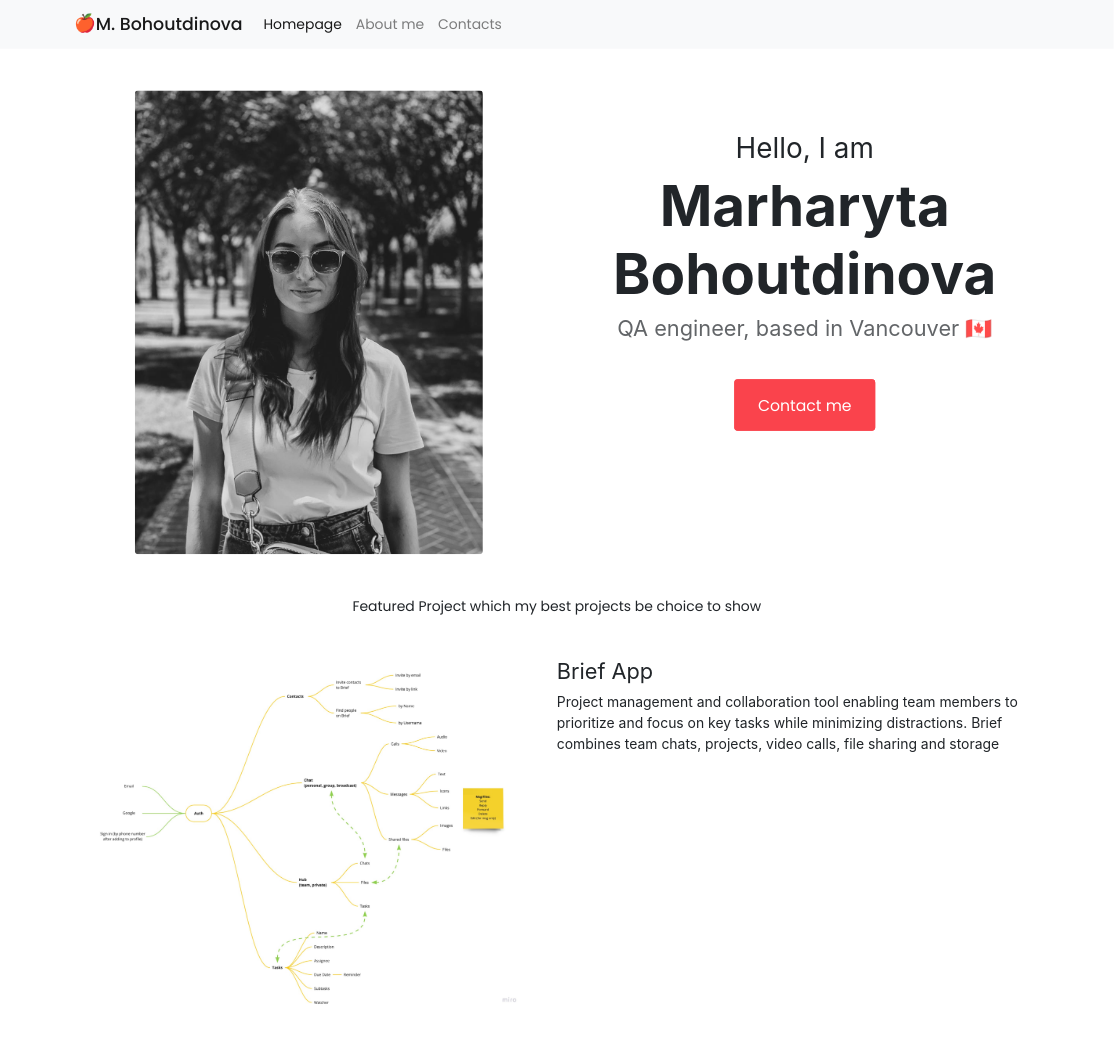
Repository: Bohoutdinova/Portfolio_week-4
Page: index.html
These files come from the project's save history. The page is drawn as it stood at one moment and after the next save; the edit follows.
The browser window is 1280 px wide. The pictures show the whole page, at 87% of full size.

Above is the page before, as saved 2022-08-11 18:43:53.

### index.html
<!DOCTYPE html>
<html lang="en">
  <head>
    <meta charset="UTF-8" />
    <meta http-equiv="X-UA-Compatible" content="IE=edge" />
    <meta name="viewport" content="width=device-width, initial-scale=1.0" />
    <title>M. Bohoutdinova - QA engineer</title>
    <meta
      name="description"
      content="M. Bohoutdinova - QA engineer, situated in Vancouver"
    />
    <link
      rel="stylesheet"
      href="https://cdn.jsdelivr.net/npm/bootstrap@4.3.1/dist/css/bootstrap.min.css"
      integrity="sha384-ggOyR0iXCbMQv3Xipma34MD+dH/1fQ784/j6cY/iJTQUOhcWr7x9JvoRxT2MZw1T"
      crossorigin="anonymous"
    />
    <script
      src="https://code.jquery.com/jquery-3.3.1.slim.min.js"
      integrity="sha384-q8i/X+965DzO0rT7abK41JStQIAqVgRVzpbzo5smXKp4YfRvH+8abtTE1Pi6jizo"
      crossorigin="anonymous"
    ></script>
    <script
      src="https://cdn.jsdelivr.net/npm/popper.js@1.14.7/dist/umd/popper.min.js"
      integrity="sha384-UO2eT0CpHqdSJQ6hJty5KVphtPhzWj9WO1clHTMGa3JDZwrnQq4sF86dIHNDz0W1"
      crossorigin="anonymous"
    ></script>
    <script
      src="https://cdn.jsdelivr.net/npm/bootstrap@4.3.1/dist/js/bootstrap.min.js"
      integrity="sha384-JjSmVgyd0p3pXB1rRibZUAYoIIy6OrQ6VrjIEaFf/nJGzIxFDsf4x0xIM+B07jRM"
      crossorigin="anonymous"
    ></script>
    <link rel="stylesheet" href="/src/style.css" />
    <link rel="preconnect" href="https://fonts.googleapis.com" />
    <link rel="preconnect" href="https://fonts.gstatic.com" crossorigin />
    <link rel="preconnect" href="https://fonts.googleapis.com" />
    <link rel="preconnect" href="https://fonts.gstatic.com" crossorigin />
    <link
      href="https://fonts.googleapis.com/css2?family=Abril+Fatface&family=Poppins:wght@100;400;500;700&display=swap"
      rel="stylesheet"
    />
  </head>
  <body>
    <nav class="navbar navbar-expand-lg navbar-light bg-light">
      <div class="container">
        <a class="navbar-brand" href="/index.html" title="Homepage"
          >M. Bohoutdinova</a
        >
        <button
          class="navbar-toggler"
          type="button"
          data-toggle="collapse"
          data-target="#navbarNav"
          aria-controls="navbarNav"
          aria-expanded="false"
          aria-label="Toggle navigation"
        >
          <span class="navbar-toggler-icon"></span>
        </button>
        <div class="collapse navbar-collapse" id="navbarNav">
          <ul class="navbar-nav">
            <li class="nav-item active">
              <a class="nav-link" href="/index.html" title="Homepage"
                >Homepage <span class="sr-only">(current)</span></a
              >
            </li>
            <li class="nav-item">
              <a class="nav-link" href="#" title="About M. Bohoutdinova"
                >About me</a
              >
            </li>
            <li class="nav-item">
              <a class="nav-link" href="#" title="Contact with M. Bohoutdinova"
                >Contacts</a
              >
            </li>
          </ul>
        </div>
      </div>
    </nav>
    <div class="container mt-5">
      <div class="row">
        <div class="col-sm-6">
          <img
            src="/images/photo.jpg"
            alt="My photo"
            width="400"
            class="img-fluid rounded"
          />
        </div>
        <div class="col-sm-6 hero-page mt-5">
          <h2>Hello, I am</h2>
          <h1>Marharyta Bohoutdinova</h1>
          <h3>QA engineer, based in Vancouver 🇨🇦</h3>
          <a href="#" class="contact-me rounded rounded" title="Contact me"
            >Contact me</a
          >
        </div>
      </div>
    </div>
    <div class="container mt-5">
      <p class="about-app">
        Featured Project which my best projects be choice to show
      </p>

      <div class="row mb-5 mt-5">
        <div class="col-sm-6 d-none d-lg-block">
          <img
            src="/images/Brief.jpeg"
            alt="Brief-app"
            class="img-fluid"
            width="500"
          />
        </div>
        <div class="col-sm-6">
          <div class="app-description">
            <h2 class="app-name">Brief App</h2>
            <p>
              Project management and collaboration tool enabling team members to
              prioritize and focus on key tasks while minimizing distractions.
              Brief combines team chats, projects, video calls, file sharing and
              storage
            </p>
          </div>
        </div>
      </div>
    </div>
  </body>
</html>

### src/style.css
:root {
  --main-family-font: "Poppins", sans-serif;
  --main-color: #fa434c;
}

.navbar-brand {
  position: relative;
  padding-left: 25px;
  font-family: var(--main-family-font);
  font-weight: 500;
}
.nav-link {
  font-family: var(--main-family-font);
}

.navbar-brand:before {
  position: absolute;
  content: "🍎";
  left: 0;
  top: 3px;
}

.navbar-brand:hover:before {
  content: "🍏";
}
.hero-page {
  text-align: center;
}
h1 h2 h3 {
  font-family: var(--main-family-font);
}
h2 {
  font-weight: 400;
}
h1 {
  font-weight: 700;
  font-size: 65px;
}
h3 {
  font-size: 25px;
  font-weight: 400;
  opacity: 70%;
}
.hero-page h3 {
  margin-bottom: 60px;
}
img {
  display: block;
  margin: 0 auto;
  text-align: center;
}
.col-sm-6 {
  padding: 0;
}
.contact-me {
  font-family: var(--main-family-font);
  padding: 15px 25px;
  background-color: var(--main-color);
  color: white;
  font-size: 18px;
  border: 2px solid var(--main-color);
}
.contact-me:hover {
  color: var(--main-color);
  background-color: white;
  border-color: var(--main-color);
  text-decoration: none;
}
.about-app {
  font-family: var(--main-family-font);
  text-align: center;
}
.app-name {
  font-size: 25px;
}

After the next save:
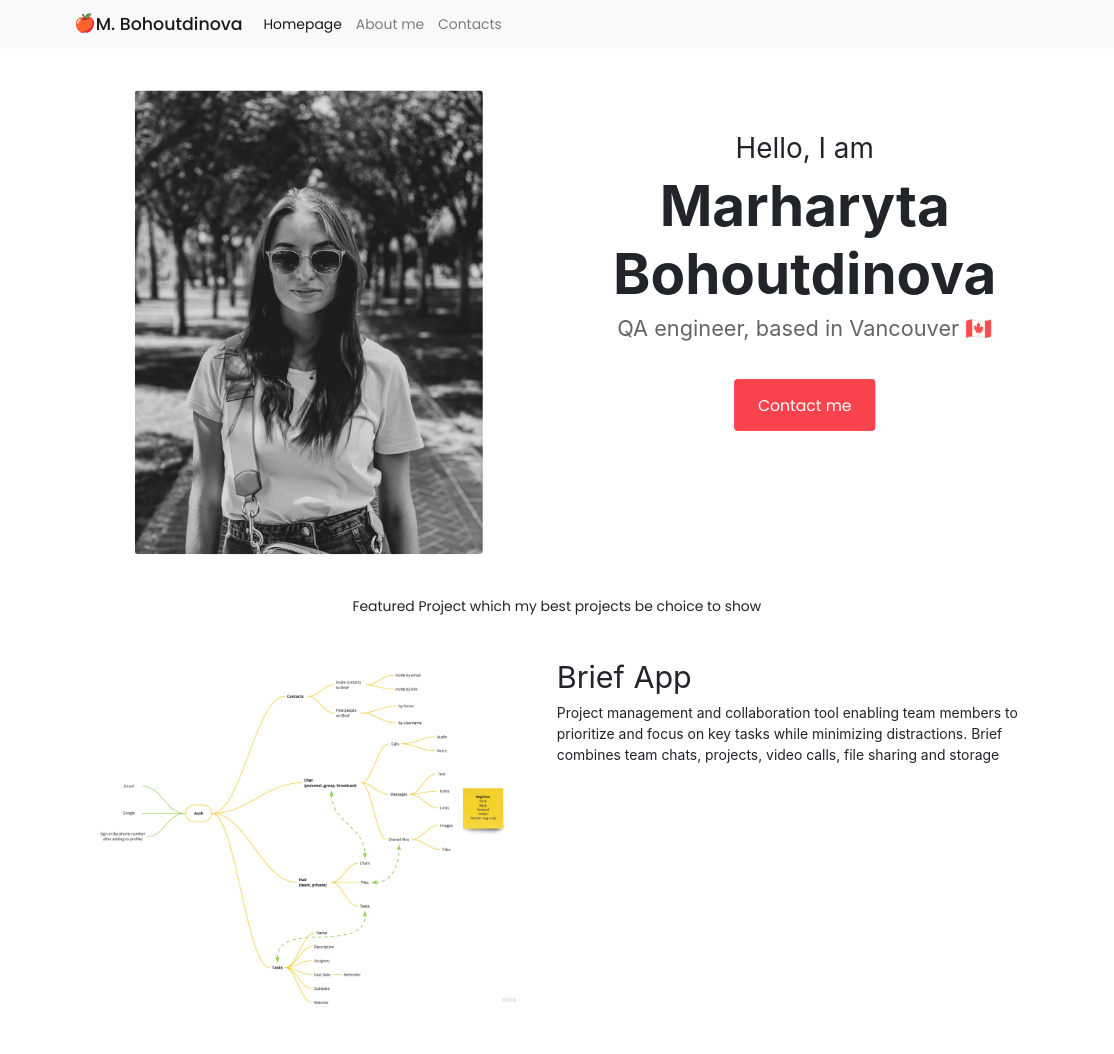
Saved 4 s later.
--- a/src/style.css
+++ b/src/style.css
@@ -71,5 +71,5 @@ img {
   text-align: center;
 }
 .app-name {
-  font-size: 25px;
+  font-size: 35px;
 }
